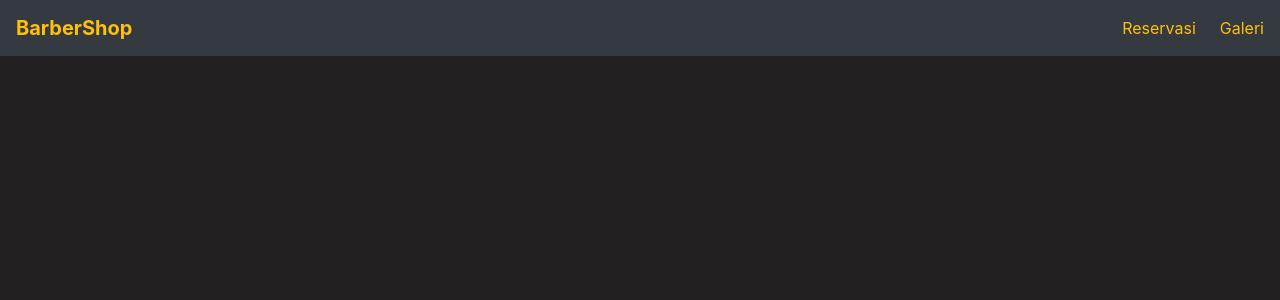
Repository: AHSANS354/Barberhop
Page: /
These files come from the project's save history. The page is drawn as it stood at one moment and after the next save; the edit follows.
The browser window is 1280 px wide. The pictures show the whole page.
The project was rebuilt for these pictures with package versions that can differ from the ones it lists, and the page was loaded fresh each time. Also part of the build but not shown: vue.config.js.

Above is the page before, as saved 2023-05-01 20:00:03.

### public/index.html
<!DOCTYPE html>
<html lang="">
  <head>
    <meta charset="utf-8" />
    <meta http-equiv="X-UA-Compatible" content="IE=edge" />
    <meta name="viewport" content="width=device-width,initial-scale=1.0" />
    <link rel="icon" href="<%= BASE_URL %>favicon.ico" />
    <title><%= htmlWebpackPlugin.options.title %></title>
  </head>
  <body>
    <noscript>
      <strong>We're sorry but <%= htmlWebpackPlugin.options.title %> doesn't work properly without JavaScript enabled. Please enable it to continue.</strong>
    </noscript>
    <div id="app"></div>
    <!-- built files will be auto injected -->
  </body>
</html>

### src/main.js
import Vue from "vue";
import App from "./App.vue";
import router from "./router";
import { BootstrapVue, IconsPlugin } from "bootstrap-vue";
import "bootstrap/dist/css/bootstrap.css";
import "bootstrap-vue/dist/bootstrap-vue.css";
import "./assets/style/main.css";

Vue.use(BootstrapVue);
Vue.use(IconsPlugin);

Vue.config.productionTip = false;

new Vue({
  router,
  render: (h) => h(App),
}).$mount("#app");

### src/App.vue
<template>
  <div id="app">
    <navbar-view />
    <router-view />
  </div>
</template>

<script>
import NavbarView from "./components/NavbarView.vue";

export default {
  components: { NavbarView },
};
</script>

### src/assets/style/main.css
* {
  padding: 0;
  margin: 0;
}

body {
  background-color: rgb(34, 32, 32);
  color: whitesmoke;
}

### src/components/NavbarView.vue
<template>
  <div class="navbars fixed-top">
    <b-navbar type="dark" variant="dark">
      <router-link class="navbar-brand text-warning" to="/">
        <strong> BarberShop</strong>
      </router-link>

      <b-navbar-toggle target="nav-collapse"></b-navbar-toggle>

      <b-collapse id="nav-collapse" is-nav>
        <!-- Right aligned nav items -->
        <b-navbar-nav class="ml-auto">
          <router-link class="nav-item text-warning mr-4" to="/reservasi">
            Reservasi
          </router-link>
          <router-link class="nav-item text-warning" to="/">
            Galeri
          </router-link>
        </b-navbar-nav>
      </b-collapse>
    </b-navbar>
  </div>
</template>

<script>
export default {
  name: "NavbarView",
};
</script>

### src/views/HomeView.vue
<template>
  <div class="home mt-5 pt-2">
    <div class="row">
      <div class="col"></div>
    </div>
  </div>
</template>

<script>
// @ is an alias to /src

export default {
  name: "HomeView",
  components: {},
};
</script>

Loaded but not shown: src/router/index.js (common file)

After the next save:
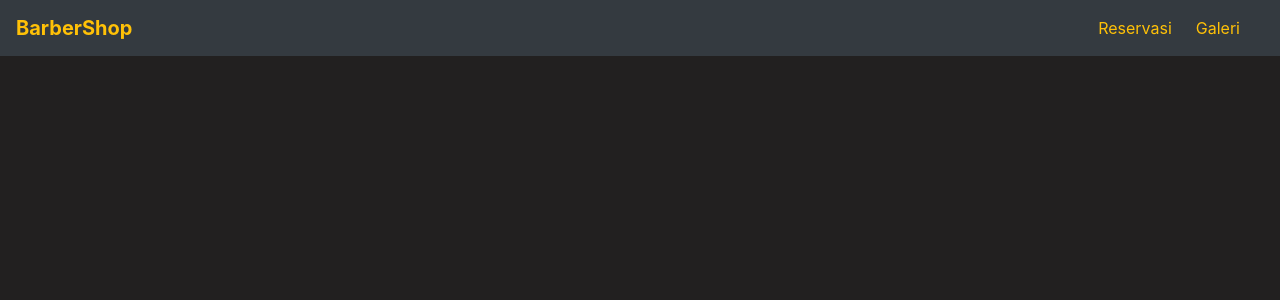
Saved 14 s later.
--- a/src/components/NavbarView.vue
+++ b/src/components/NavbarView.vue
@@ -13,7 +13,7 @@
           <router-link class="nav-item text-warning mr-4" to="/reservasi">
             Reservasi
           </router-link>
-          <router-link class="nav-item text-warning" to="/">
+          <router-link class="nav-item text-warning mr-4" to="/">
             Galeri
           </router-link>
         </b-navbar-nav>
